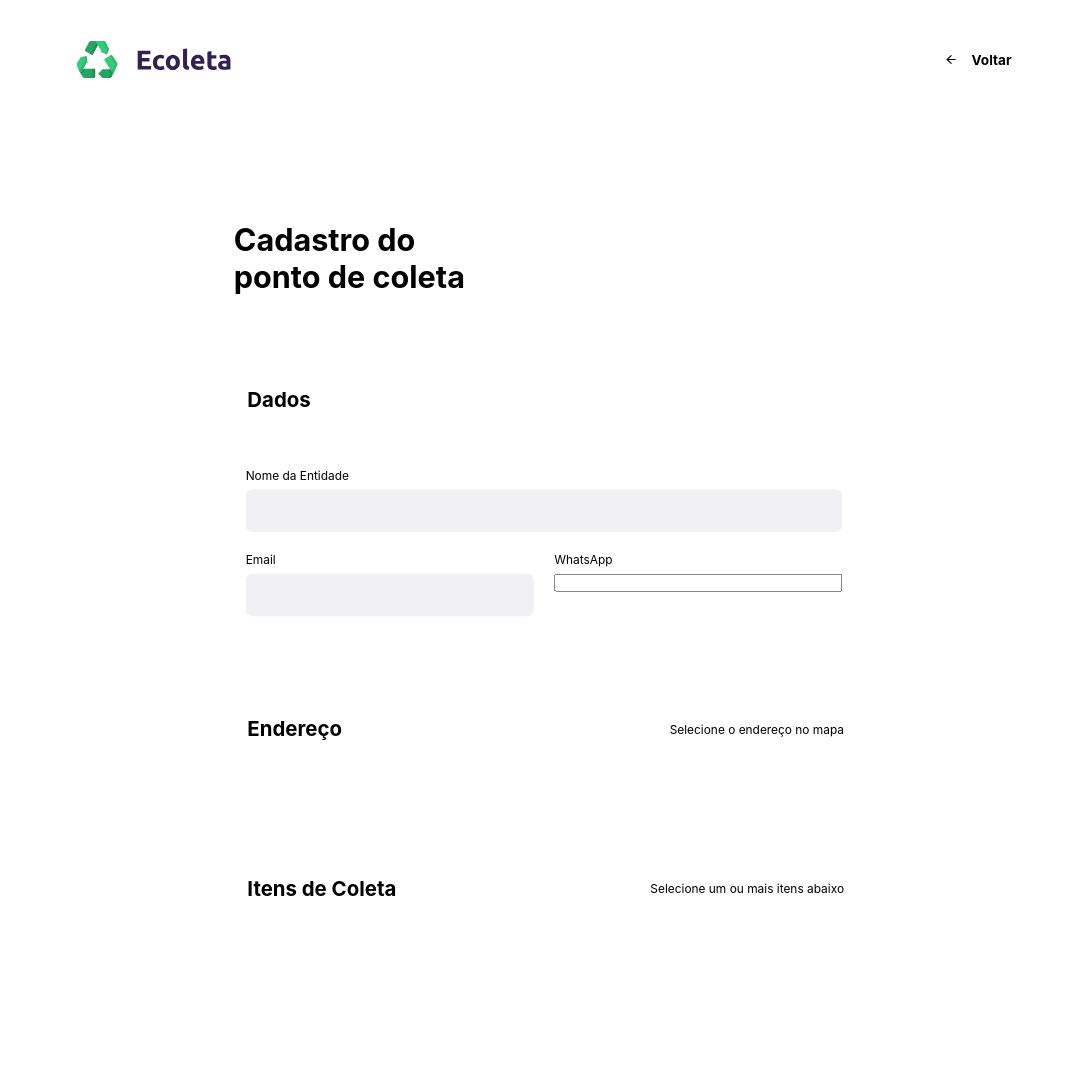
Repository: johnnedemoraesrocha/nlw-o1
Page: /create-point (app in web/)
These files come from the project's save history. The page is drawn as it stood at one moment and after the next save; the edit follows.
The browser window is 1280 px wide. The pictures show the whole page, at 85% of full size.
The project was rebuilt for these pictures with package versions that can differ from the ones it lists, and the page was loaded fresh each time. Also part of the build but not shown: web/src/App.css, web/src/pages/Home/Home.css, web/src/pages/Home/index.tsx.

Above is the page before, as saved 2020-06-03 22:46:32.

### web/public/index.html
<!DOCTYPE html>
<html lang="en">
  <head>
    <meta charset="utf-8" />
    <link rel="icon" href="%PUBLIC_URL%/favicon.ico" />
    <meta name="viewport" content="width=device-width, initial-scale=1" />
    <meta name="theme-color" content="#34CB79" />
    <meta
      name="description"
      content="Web site created using create-react-app"
    />
    <link rel="apple-touch-icon" href="%PUBLIC_URL%/logo192.png" />
    <!--
      manifest.json provides metadata used when your web app is installed on a
      user's mobile device or desktop. See https://developers.google.com/web/fundamentals/web-app-manifest/
    -->
    <!--<link rel="manifest" href="%PUBLIC_URL%/manifest.json" />-->
    <!--
      Notice the use of %PUBLIC_URL% in the tags above.
      It will be replaced with the URL of the `public` folder during the build.
      Only files inside the `public` folder can be referenced from the HTML.

      Unlike "/favicon.ico" or "favicon.ico", "%PUBLIC_URL%/favicon.ico" will
      work correctly both with client-side routing and a non-root public URL.
      Learn how to configure a non-root public URL by running `npm run build`.
    -->
    <title>Ecoleta</title>
  </head>
  <body>
    <noscript>You need to enable JavaScript to run this app.</noscript>
    <div id="root"></div>

  </body>
</html>

### web/src/App.tsx
import React, { useState } from 'react';
//import ReactDOM from 'react-dom';
import logo from './logo.svg';
import './App.css';

//import Header from './Header';
import Routes from './routes';

function App() {

  return (
    <div>
      <Routes  />
    </div>
  );
}

export default App;

### web/src/routes.tsx
import React from 'react';
import { Route, BrowserRouter } from 'react-router-dom';

import Home from './pages/Home';
import CreatePoint from './pages/CreatePoint';

const Routes = () => {
    return (
        <BrowserRouter>
            <Route component={Home} path="/" exact/>
            <Route component={CreatePoint} path="/create-point"/>
        </BrowserRouter>
    )
}
export default Routes;

### web/src/pages/CreatePoint/index.tsx
import React from 'react';
import { Link } from 'react-router-dom';
import { FiArrowLeft } from 'react-icons/fi';

import './CreatePoint.css';

import logo from '../../assets/logo.svg';

const CreatePoint = () => {
    return (
        <div id="page-create-point">
            <header>
                <img src={logo} alt="Ecoleta"></img>
                <Link to="/">
                    <FiArrowLeft />
                    Voltar
                </Link>
            </header>

            <form>
                <h1>Cadastro do <br/> ponto de coleta</h1>

                <fieldset>
                    <legend>
                        <h2>Dados</h2>
                    </legend>

                    <div className="field">
                        <label htmlFor="name">Nome da Entidade</label>
                        <input type="text" name="name" id="name" />
                    </div>

                    <div className="field-group">

                        <div className="field">
                            <label htmlFor="email">Email</label>
                            <input type="email" name="email" id="email" />
                        </div>

                        <div className="field">
                            <label htmlFor="whatsapp">WhatsApp</label>
                            <input type="tel" name="whatsapp" id="whatsapp" />
                        </div>

                    </div>
                </fieldset>

                <fieldset>
                    <legend>
                        <h2>Endereço</h2>
                        <span>Selecione o endereço  no mapa</span>
                    </legend>
                </fieldset>

                <fieldset>
                    <legend>
                        <h2>Itens de Coleta</h2>
                        <span>Selecione um ou mais itens abaixo</span>
                    </legend>
                </fieldset>
            </form>

        </div>
    )
}

export default CreatePoint;

### web/src/pages/CreatePoint/CreatePoint.css
#page-create-point {
  width: 100%;
  max-width: 1100px;

  margin: 0 auto;
}

#page-create-point header {
  margin-top: 48px;

  display: flex;
  justify-content: space-between;
  align-items: center;
}

#page-create-point header a {
  color: var(--title-color);
  font-weight: bold;
  text-decoration: none;

  display: flex;
  align-items: center;
}

#page-create-point header a svg {
  margin-right: 16px;
  color: var(--primary-color);
}

#page-create-point form {
  margin: 80px auto;
  padding: 64px;
  max-width: 730px;
  background: #FFF;
  border-radius: 8px;

  display: flex;
  flex-direction: column;
}

#page-create-point form h1 {
  font-size: 36px;
}

#page-create-point form fieldset {
  margin-top: 64px;
  min-inline-size: auto;
  border: 0;
}

#page-create-point form legend {
  width: 100%;
  display: flex;
  justify-content: space-between;
  align-items: center;
  margin-bottom: 40px;
}

#page-create-point form legend h2 {
  font-size: 24px;
}

#page-create-point form legend span {
  font-size: 14px;
  font-weight: normal;
  color: var(--text-color);
}

#page-create-point form .field-group {
  flex: 1;
  display: flex;
}

#page-create-point form .field {
  flex: 1;

  display: flex;
  flex-direction: column;
  margin-bottom: 24px;
}

#page-create-point form .field input[type=text],
#page-create-point form .field input[type=email],
#page-create-point form .field input[type=number] {
  flex: 1;
  background: #F0F0F5;
  border-radius: 8px;
  border: 0;
  padding: 16px 24px;
  font-size: 16px;
  color: #6C6C80;
}

#page-create-point form .field select {
  -webkit-appearance: none;
  -moz-appearance: none;
  appearance: none;
  flex: 1;
  background: #F0F0F5;
  border-radius: 8px;
  border: 0;
  padding: 16px 24px;
  font-size: 16px;
  color: #6C6C80;
}

#page-create-point form .field input::placeholder {
  color: #A0A0B2;
}

#page-create-point form .field label {
  font-size: 14px;
  margin-bottom: 8px;
}

#page-create-point form .field :disabled {
  cursor: not-allowed;
}

#page-create-point form .field-group .field + .field {
  margin-left: 24px;
}

#page-create-point form .field-group input + input {
  margin-left: 24px;
}

#page-create-point form .field-check {
  flex-direction: row;
  align-items: center;
}

#page-create-point form .field-check input[type=checkbox] {
  background: #F0F0F5;
}

#page-create-point form .field-check label {
  margin: 0 0 0 8px;
}

#page-create-point form .leaflet-container {
  width: 100%;
  height: 350px;
  border-radius: 8px;
  margin-bottom: 24px;
}

#page-create-point form button {
  width: 260px;
  height: 56px;
  background: var(--primary-color);
  border-radius: 8px;
  color: #FFF;
  font-weight: bold;
  font-size: 16px;
  border: 0;
  align-self: flex-end;
  margin-top: 40px;
  transition: background-color 0.2s;
  cursor: pointer;
}

#page-create-point form button:hover {
  background: #2FB86E;
}

.items-grid {
  display: grid;
  grid-template-columns: repeat(3, 1fr);
  gap: 16px;
  list-style: none;
}

.items-grid li {
  background: #f5f5f5;
  border: 2px solid #f5f5f5;
  height: 180px;
  border-radius: 8px;
  padding: 32px 24px 16px;

  display: flex;
  flex-direction: column;
  justify-content: space-between;
  align-items: center;

  text-align: center;

  cursor: pointer;
}

.items-grid li span {
  flex: 1;
  margin-top: 12px;

  display: flex;
  align-items: center;
  color: var(--title-color)
}

.items-grid li.selected {
  background: #E1FAEC;
  border: 2px solid #34CB79;
}

Loaded but not shown: web/src/index.tsx (common file); web/src/index.css (common file)

After the next save:
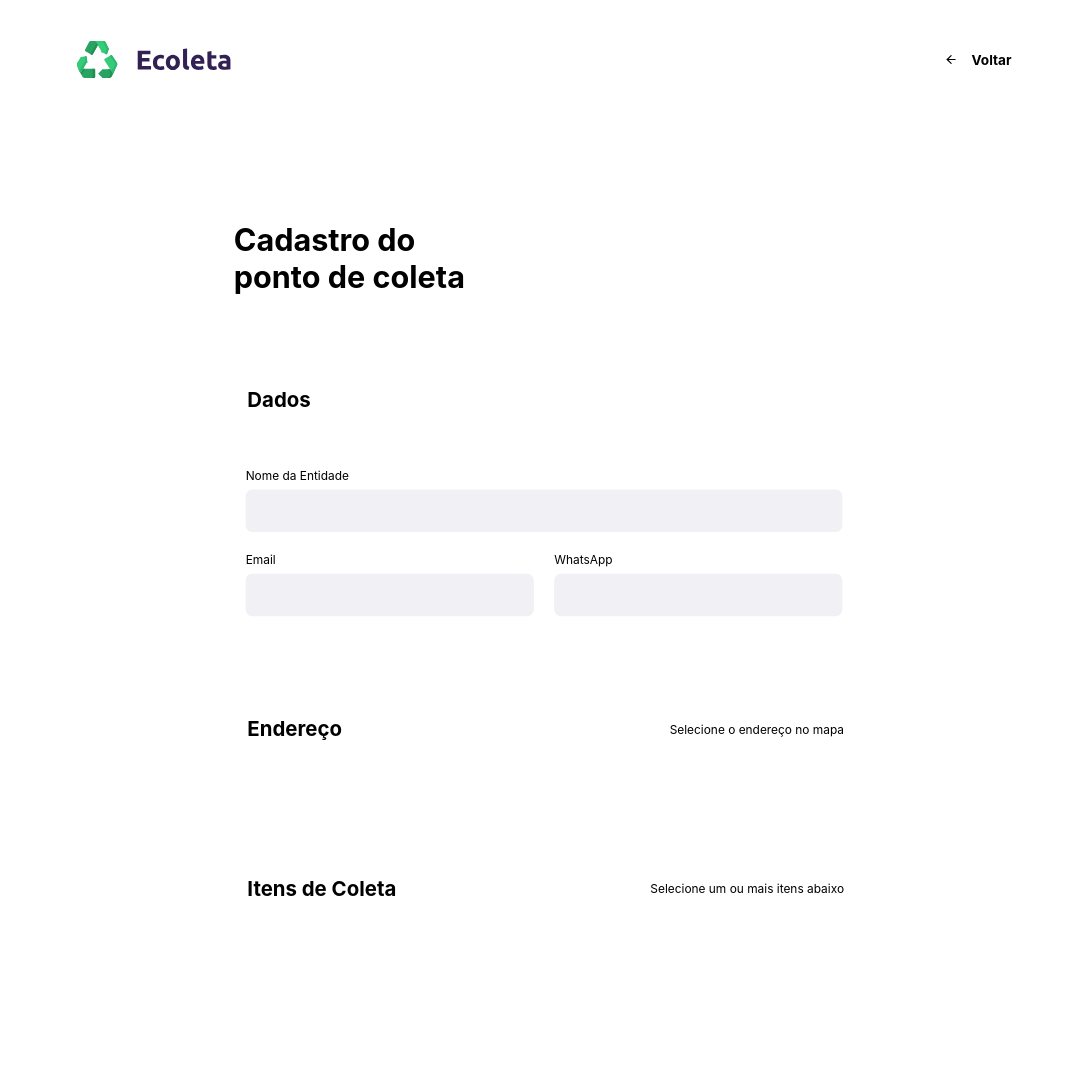
Saved 16 s later.
--- a/web/src/pages/CreatePoint/index.tsx
+++ b/web/src/pages/CreatePoint/index.tsx
@@ -39,7 +39,7 @@ const CreatePoint = () => {
 
                         <div className="field">
                             <label htmlFor="whatsapp">WhatsApp</label>
-                            <input type="tel" name="whatsapp" id="whatsapp" />
+                            <input type="text" name="whatsapp" id="whatsapp" />
                         </div>
 
                     </div>
